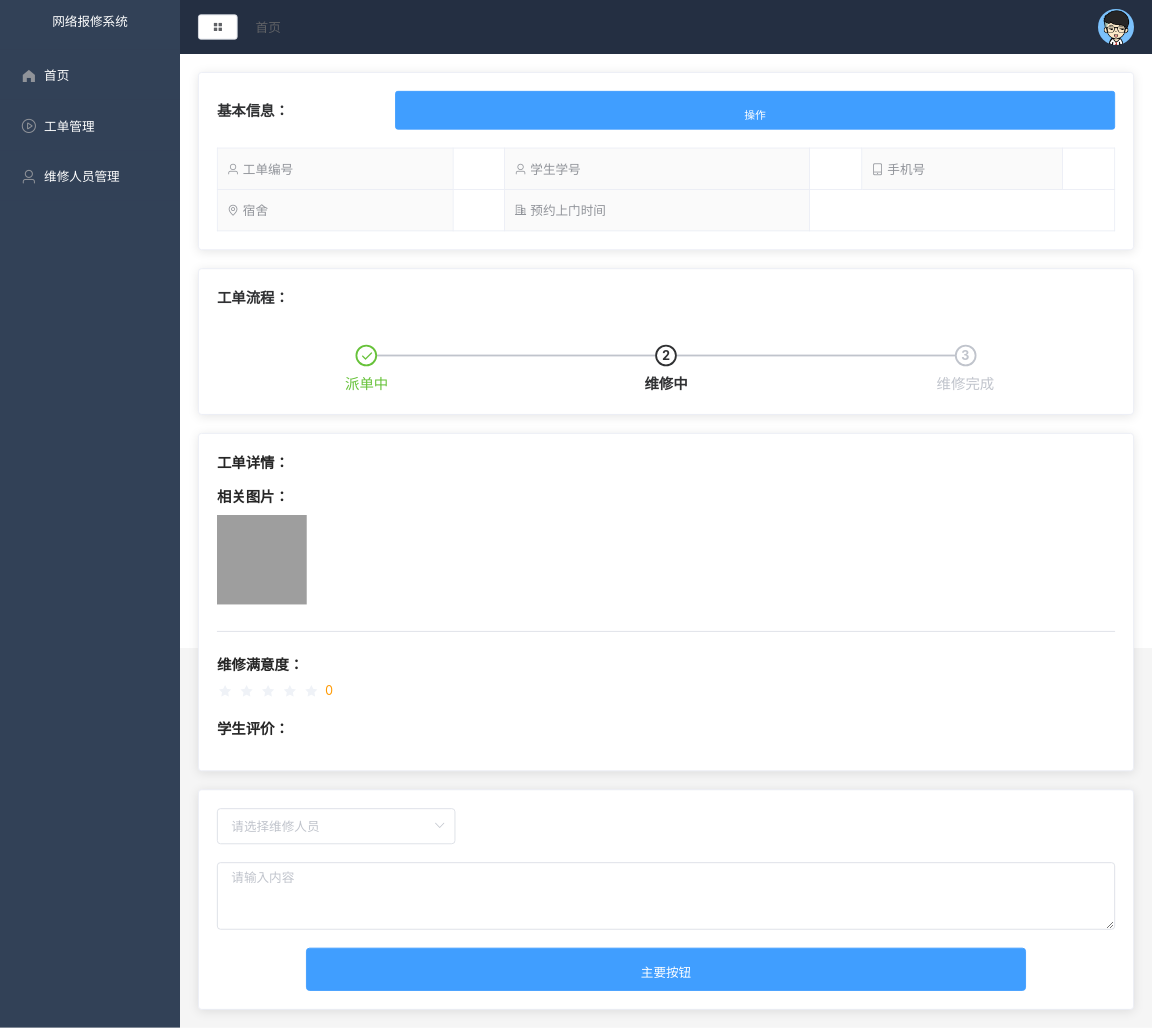
Repository: LtheW/vue
Page: /submit
These files come from the project's save history. The page is drawn as it stood at one moment and after the next save; the edit follows.
The browser window is 1280 px wide. The pictures show the whole page, at 90% of full size.
Pictures or frames that could not be fetched are drawn as grey boxes. The page's requests for data from a server got no answer. The project was rebuilt for these pictures with package versions that can differ from the ones it lists, and the page was loaded fresh each time. No one was signed in, and anything a server would have sent is missing. Also part of the build but not shown: vue.config.js, src/components/CommonTag.vue, src/views/Maintainer/Add.vue.

Above is the page before, as saved 2022-03-31 16:25:37.

After the next save:
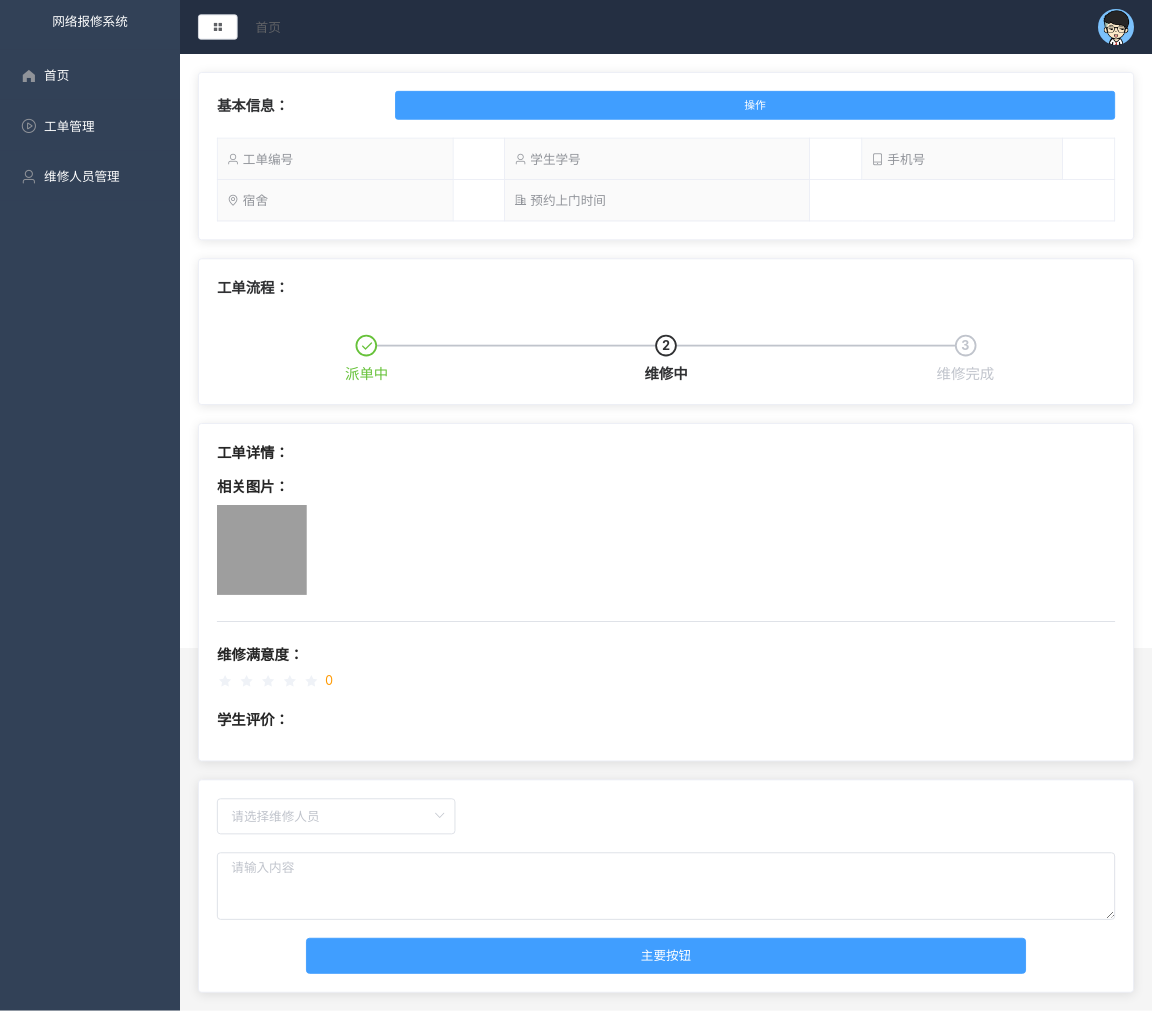
Saved 7 s later.
--- a/src/views/Submit.vue
+++ b/src/views/Submit.vue
@@ -208,10 +208,7 @@ export default {
   justify-content: center;
 }
 div /deep/ .el-button{
-   padding-top: 20px;
-  display: flex;
-  flex-direction: row;
-  justify-content: center;
+
  width:800px
 }
 </style>>
